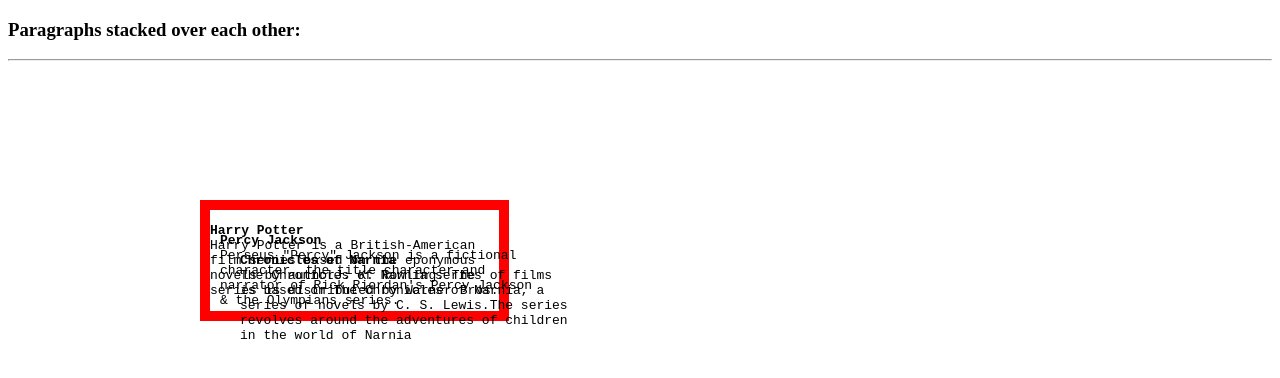
Repository: KrishnaSandeep79/WPS-Assignment
Page: WPS/WebContent/para.html
These files come from the project's save history. The page is drawn as it stood at one moment and after the next save; the edit follows.
The browser window is 1280 px wide. The pictures show the whole page.

Above is the page before, as saved 2019-08-24 05:46:13.

After the next save:
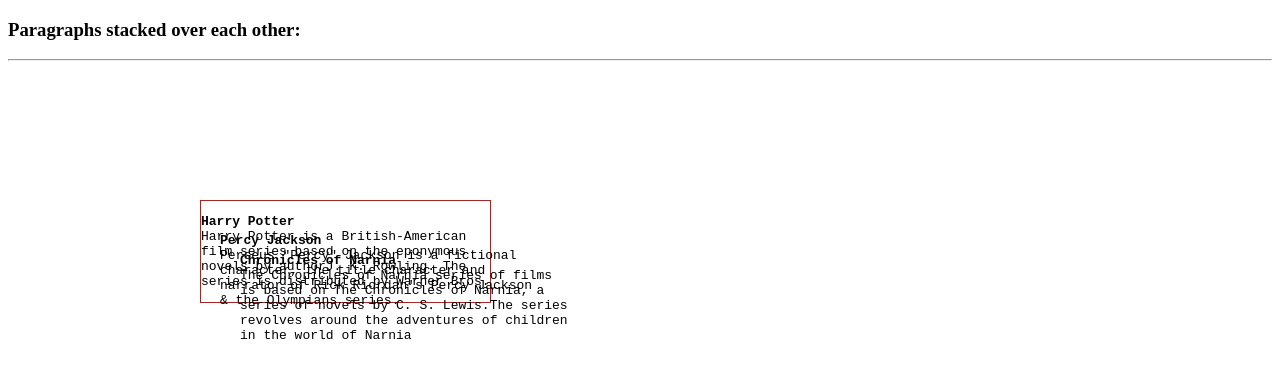
Saved 10 s later.
--- a/WPS/WebContent/para.html
+++ b/WPS/WebContent/para.html
@@ -7,7 +7,7 @@
 #first { position:absolute;
          top:200px;
          left:200px;
-         border:10px solid red;
+         border:1px solid red;
          }
 #second { position:absolute;
          top:220px;
